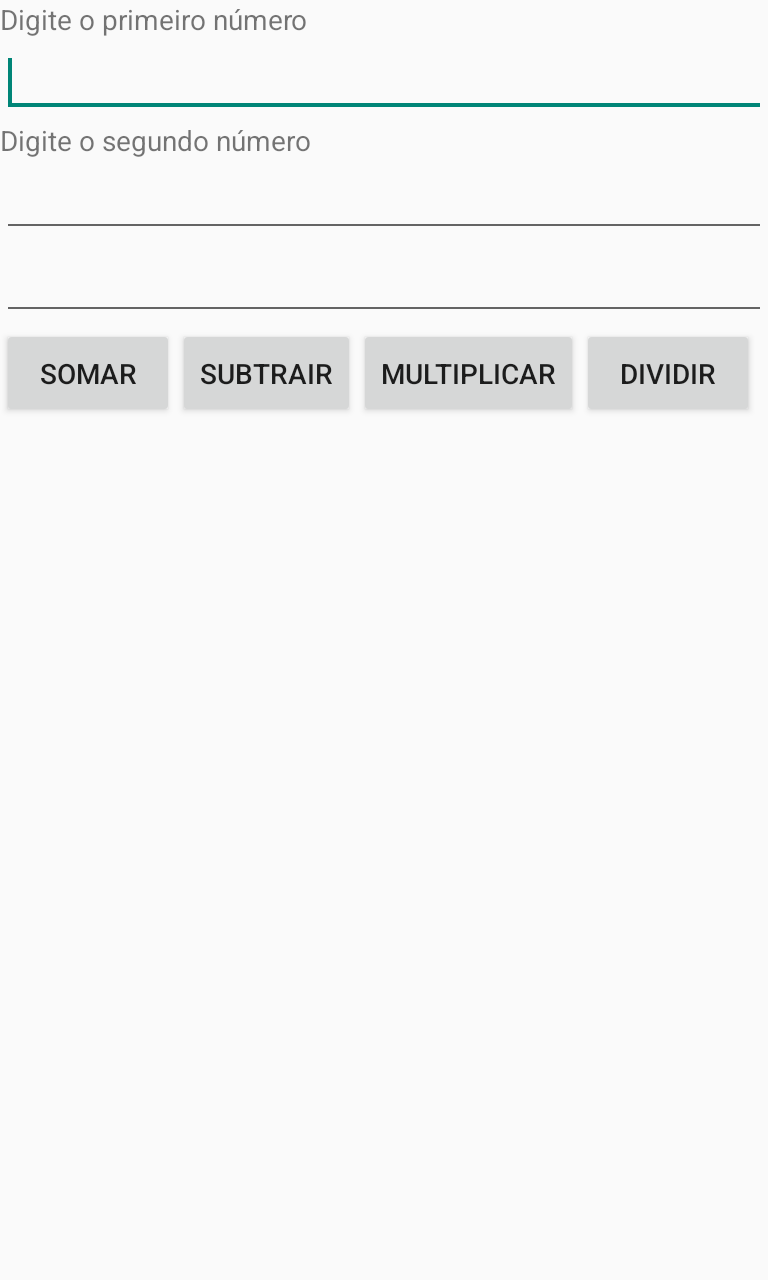
Repository: LucasSampaio/SysPizza-PSI
Layout: CodigoFonte/MOBILE/Calculadora_Neri/res/layout/activity_calculadora.xml
An editor plug-in stored every save of this project. The layout is shown before and after the next save, followed by the edit.
It is drawn on a 768 x 1280 px phone screen (xhdpi) without system bars, with theme AppTheme; the app's code is not run.

Above is the layout before, as saved 2014-09-04 19:14:36.

After the next save:
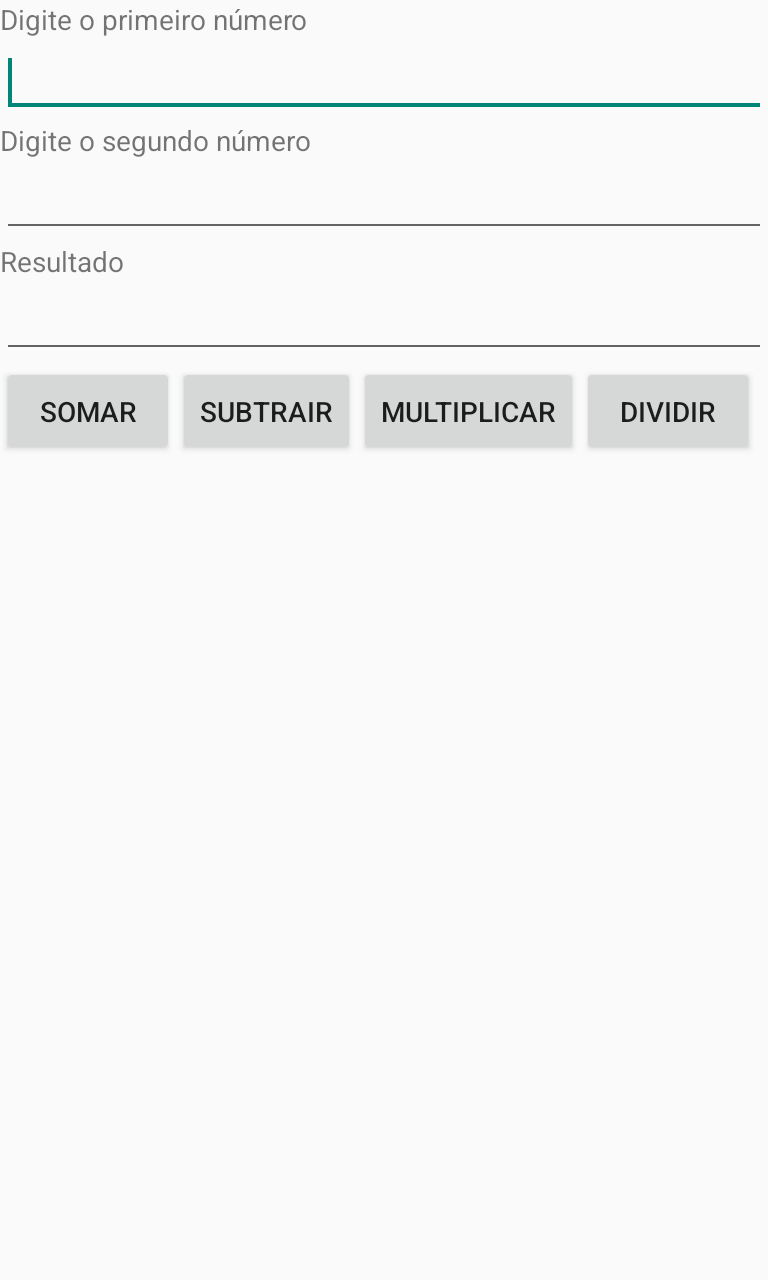
Saved 76 s later.
--- a/CodigoFonte/MOBILE/Calculadora_Neri/res/layout/activity_calculadora.xml
+++ b/CodigoFonte/MOBILE/Calculadora_Neri/res/layout/activity_calculadora.xml
@@ -29,6 +29,12 @@
         android:layout_width="match_parent"
         android:layout_height="wrap_content"
         android:ems="10" />
+
+    <TextView
+        android:id="@+id/textView1"
+        android:layout_width="wrap_content"
+        android:layout_height="wrap_content"
+        android:text="Resultado" />
 
     <EditText
         android:id="@+id/etResultado"
